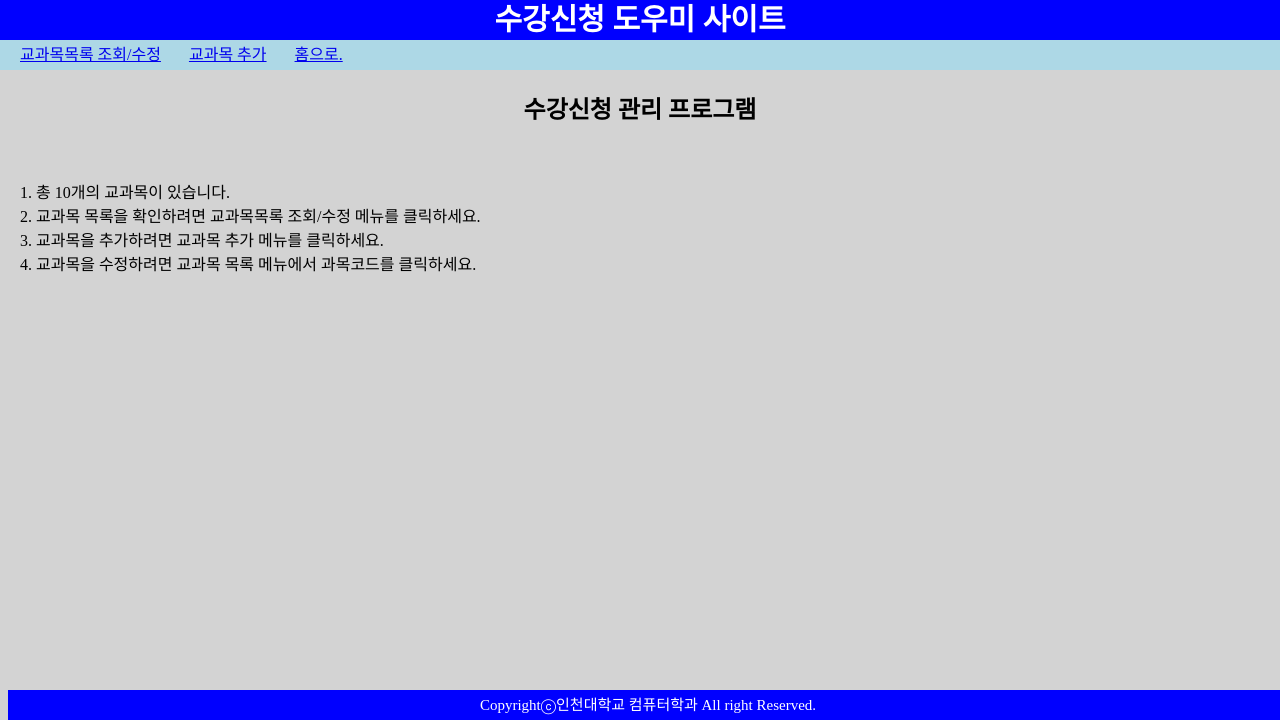
Repository: leesuyeon116/HRD_2
Page: http://localhost/HRD_0419/
The author's editor kept a copy of each file at every save. The page is drawn from the files as they stood at one save, then again after the next save.
The browser window is 1280 px wide. The pictures show the whole page.
The page is served by Tomcat 9.

Above is the page before, as saved 2024-04-19 05:37:15.

After the next save:
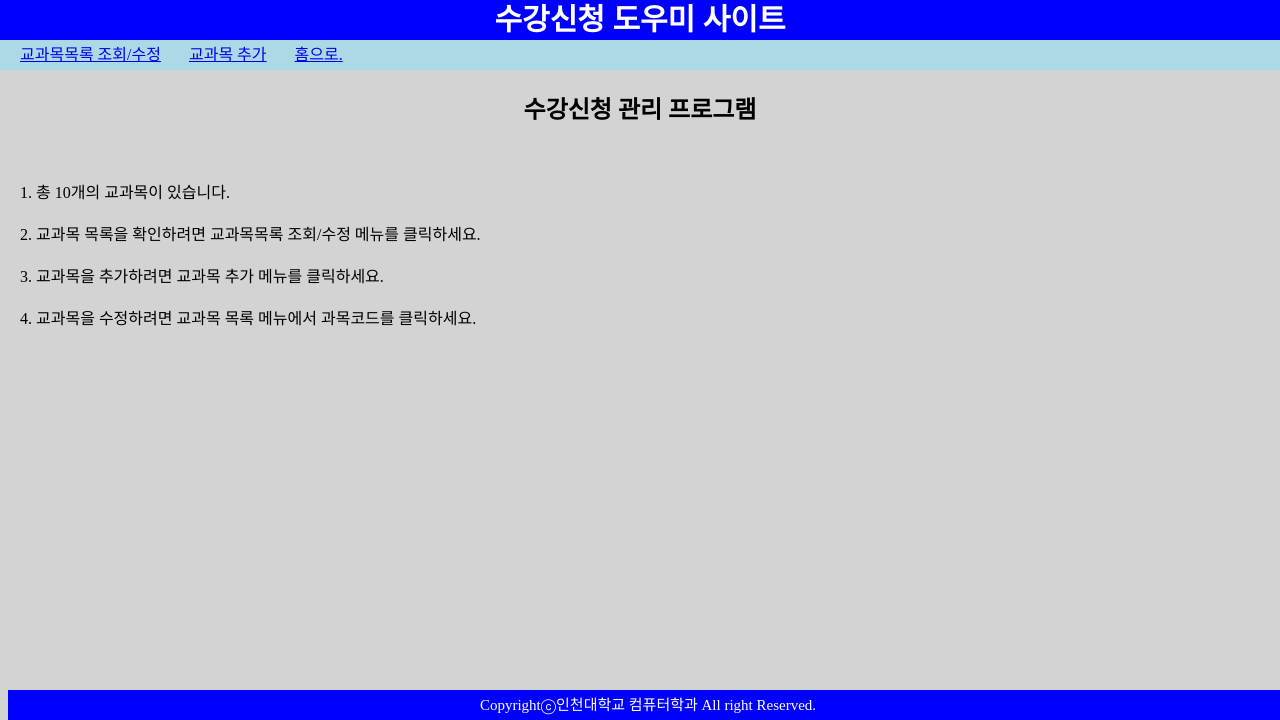
Saved 19 s later.
--- a/HRD_0419/src/main/webapp/index.jsp
+++ b/HRD_0419/src/main/webapp/index.jsp
@@ -10,10 +10,10 @@
     <section style="position: fixed; top: 70px; left: 0px; width: 100%; height: 100%; background-color: lightgray">
         <h2 style="text-align: center;"><b>수강신청 관리 프로그램</b></h2><br>
         <p style="padding-left: 20px">
-	        1. 총 10개의 교과목이 있습니다.<br>
-	        2. 교과목 목록을 확인하려면 교과목목록 조회/수정 메뉴를 클릭하세요.<br>
-	        3. 교과목을 추가하려면 교과목 추가 메뉴를 클릭하세요.<br>
-	        4. 교과목을 수정하려면 교과목 목록 메뉴에서 과목코드를 클릭하세요.<br>
+	        1. 총 10개의 교과목이 있습니다.<br><br>
+	        2. 교과목 목록을 확인하려면 교과목목록 조회/수정 메뉴를 클릭하세요.<br><br>
+	        3. 교과목을 추가하려면 교과목 추가 메뉴를 클릭하세요.<br><br>
+	        4. 교과목을 수정하려면 교과목 목록 메뉴에서 과목코드를 클릭하세요.<br><br>
         </p>
     </section>
     <jsp:include page="footer.jsp"></jsp:include>
